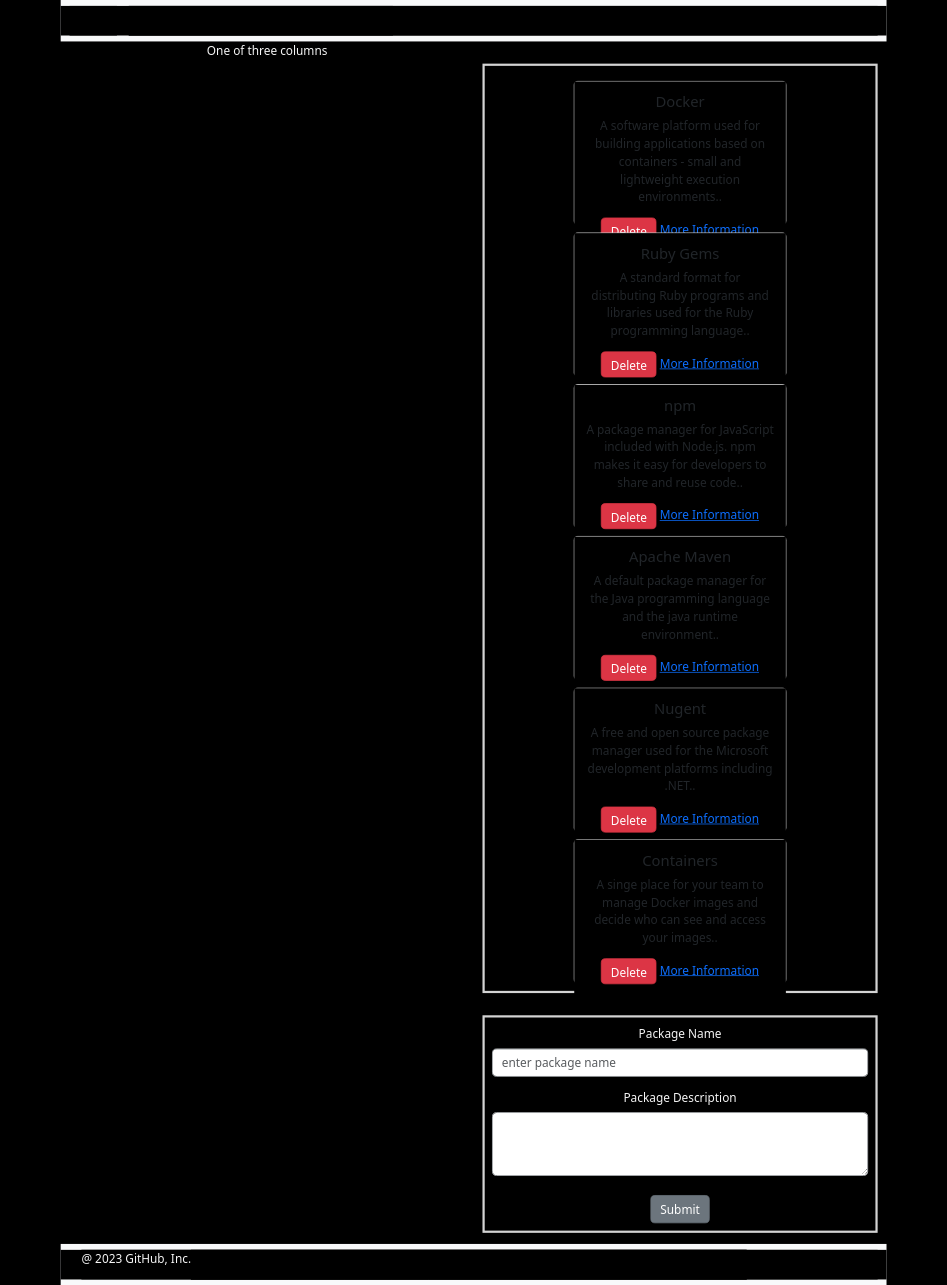
Repository: nss-evening-cohort-E23/gitsub-pull-request-posse
Page: packages.html
The author's editor kept a copy of each file at every save. The page is drawn from the files as they stood at one save, then again after a run of saves.
The browser window is 1280 px wide. The pictures show the whole page, at 74% of full size.

Above is the page before, as saved 2023-05-09 19:50:41.

### packages.html
<!DOCTYPE html>
<html lang="en">
<head>
  <meta charset="UTF-8">
  <meta http-equiv="X-UA-Compatible" content="IE=edge">
  <meta name="viewport" content="width=device-width, initial-scale=1.0">
  <link href="https://cdn.jsdelivr.net/npm/bootstrap@5.3.0-alpha3/dist/css/bootstrap.min.css" rel="stylesheet" integrity="sha384-KK94CHFLLe+nY2dmCWGMq91rCGa5gtU4mk92HdvYe+M/SXH301p5ILy+dN9+nJOZ" crossorigin="anonymous">
  <link rel="stylesheet" href="packages.css">
  <title>Packages</title>
</head>
<body>
  <div class="container" id="master">
    <div id="navigate">
      <nav class="navbar navbar-expand-lg bg-body-tertiary">
        <div class="container-fluid">
          <a class="navbar-brand" href="#">Github</a>
          <button class="navbar-toggler" type="button" data-bs-toggle="collapse" data-bs-target="#navbarNavAltMarkup" aria-controls="navbarNavAltMarkup" aria-expanded="false" aria-label="Toggle navigation">
            <span class="navbar-toggler-icon"></span>
          </button>
          <div class="collapse navbar-collapse" id="navbarNavAltMarkup">
            <div class="navbar-nav">
              <a class="nav-link active" aria-current="page" href="#">Overview</a>
              <a class="nav-link" href="#">Repositories</a>
              <a class="nav-link" href="#">Projects</a>
              <a class="nav-link" href="#">Packages</a>
            </div>
          </div>
        </div>
      </nav>
    </div>
   <div class="container text-center">
    <div class="row align-items-start">
    <!-- 2 columns | first column for static bio -->
    <div class="col" id="bio">
      One of three columns

    </div>
    <div class="col">
      <!-- <h2><b><u>Packages</u></b></h2> -->
      <div id="packages"></div>
      <form class="form">
      <div id="newPackage">
      <div class="mb-3">
        <label for="exampleFormControlInput1" class="form-label">Package Name</label>
        <input type="text" class="form-control" id="name" placeholder="enter package name">
      </div>
      <div class="mb-3">
        <label for="exampleFormControlTextarea1" class="form-label">Package Description</label>
        <textarea class="form-control" id="description" rows="3"></textarea>
      </div>
      <button type="submit" class="btn btn-secondary" id="submit">Submit</button>
    </div>
  </form>
  </div>
  </div>
</div>
<!-- Footer -->

<div class="footer">
<nav class="navbar navbar-expand-lg bg-body-tertiary">
  <div class="container-fluid">
    <a class="navbar-brand" href="#"></a>
    <button class="navbar-toggler" type="button" data-bs-toggle="collapse" data-bs-target="#navbarNav" aria-controls="navbarNav" aria-expanded="false" aria-label="Toggle navigation">
      <span class="navbar-toggler-icon"></span>
    </button>
    <div class="collapse navbar-collapse" id="footer">
      <p>@ 2023 GitHub, Inc.</p>
      <div id="ftr-links">
      <ul class="navbar-nav">
        <li class="nav-item">
          <a class="nav-link active" aria-current="page" href="#">Terms</a>
        </li>
        <li class="nav-item">
          <a class="nav-link" href="#">Privacy</a>
        </li>
        <li class="nav-item">
          <a class="nav-link" href="#">Security</a>
        </li>
        <li class="nav-item">
          <a class="nav-link" href="#">Status</a>
        </li>
        <li class="nav-item">
          <a class="nav-link" href="#">Help</a>
        </li>
      </ul>

      <ul class="navbar-nav">
        <li class="nav-item">
          <a class="nav-link" href="#">Contact GitHub</a>
        </li>
        <li class="nav-item">
          <a class="nav-link" href="#">Pricing</a>
        </li>
        <li class="nav-item">
          <a class="nav-link" href="#">API</a>
        </li>
        <li class="nav-item">
          <a class="nav-link" href="#">Training</a>
        </li>
        <li class="nav-item">
          <a class="nav-link" href="#">Blog</a>
        </li>
        <li class="nav-item">
          <a class="nav-link" href="#">About</a>
        </li>
      </ul>
    </div>
  </div>
</nav>
</div>
</div>
</div>
</div>
  <script src="main.js"></script>
  <script src="https://cdn.jsdelivr.net/npm/bootstrap@5.3.0-alpha3/dist/js/bootstrap.bundle.min.js" integrity="sha384-ENjdO4Dr2bkBIFxQpeoTz1HIcje39Wm4jDKdf19U8gI4ddQ3GYNS7NTKfAdVQSZe" crossorigin="anonymous"></script>
</body>
</html>

### packages.css
* {
  background-color: black;
  color: smokewhite;
}
body {
  background-color: black;
  color: lightgray;
  flex: auto;
}

#master {
  display: flex;
  flex-direction: column;
  height: 100vh;
  background-color: black;
  color: whitesmoke;
}

#navigate {
  flex: none;


}

.footer {
  margin-top: auto;
  justify-content: space-around;

}

#ftr-links {
  display: flex;
  flex-direction: row;
  justify-content: space-between;

}

#packages {
  display: flex;
  flex-direction: row;
  flex-wrap: wrap;
  justify-content: space-around;
  margin: 0 auto;
  width: 100%;
  border: 3px solid lightgray;
  padding: 10px;
  margin-top: 30px;

}

.card {
 height: 195px;
 margin-top: 10px;
}

#newPackage {
  border: 3px solid lightgray;
  margin-top: 30px;
  margin-bottom: 15px;
  padding: 10px;
}

#submit {
  margin-top: 10px;
}

#delete {
  margin: auto;
  width: 75px;
  height: 35px;
}

#card-footer {
  margin-top: auto;
  justify-content: space-around;
}

### main.js

const renderToDom = (divId, htmltoRender) => {
  let targetedDiv = document.getElementById(divId);
  targetedDiv.innerHTML = htmltoRender;
};

const reposCardsOnDom = () => {
  let domString = "";
  domString += `

  `;
};

// packages array
const packages = [
  {
    id: 1,
    name: 'Docker',
    description: 'A software platform used for building applications based on containers - small and lightweight execution environments.',

  },

  {
    id: 2,
    name: 'Ruby Gems',
    description: 'A standard format for distributing Ruby programs and libraries used for the  Ruby programming language.',

  },

  {
    id: 3,
    name: 'npm',
    description: 'A package manager for JavaScript included with Node.js. npm makes it easy for developers to share and reuse code.',

  },

  {
    id: 4,
    name: 'Apache Maven',
    description: 'A default package manager for the Java programming language and the java runtime environment.',

  },

  {
    id: 5,
    name: 'Nugent',
    description: 'A free and open source package manager used for the Microsoft development platforms including .NET.',

  },

  {
    id: 6,
    name: 'Containers',
    description: 'A singe place for your team to manage Docker images and decide who can see and access your images.',
  },
]

// packages
const packagesOnDom = (array) => {
  let domString = "";

// package cards
for (const package of array) {
  domString += `<div class="card" style="width: 18rem;" id="pkgs">
  <div class="card-body">
    <h5 class="card-title">${package.name}</h5>
    <p class="card-text">${package.description}.</p>
   <div class="footer"><button class="btn btn-danger" id="delete">Delete</button>
    <a href="#" class="card-link">More Information</a>
    </div>
  </div>
</div>`
}
renderToDom("packages", domString);

}
packagesOnDom(packages);

const startApp = () => {
  packagesOnDom(packages);
}

const form = document.querySelector('.form');

const createNewPackage = (e) => {
  e.preventDefault();

  const newPackage = {
    id: packages.length + 1,
    name: document.querySelector('#name').value,
    description: document.querySelector('#description').value,
  }

  packages.push(newPackage);
  packagesOnDom(packages);
  form.reset();
}

form.addEventListener('submit', createNewPackage);

startApp();

After the next 2 saves:
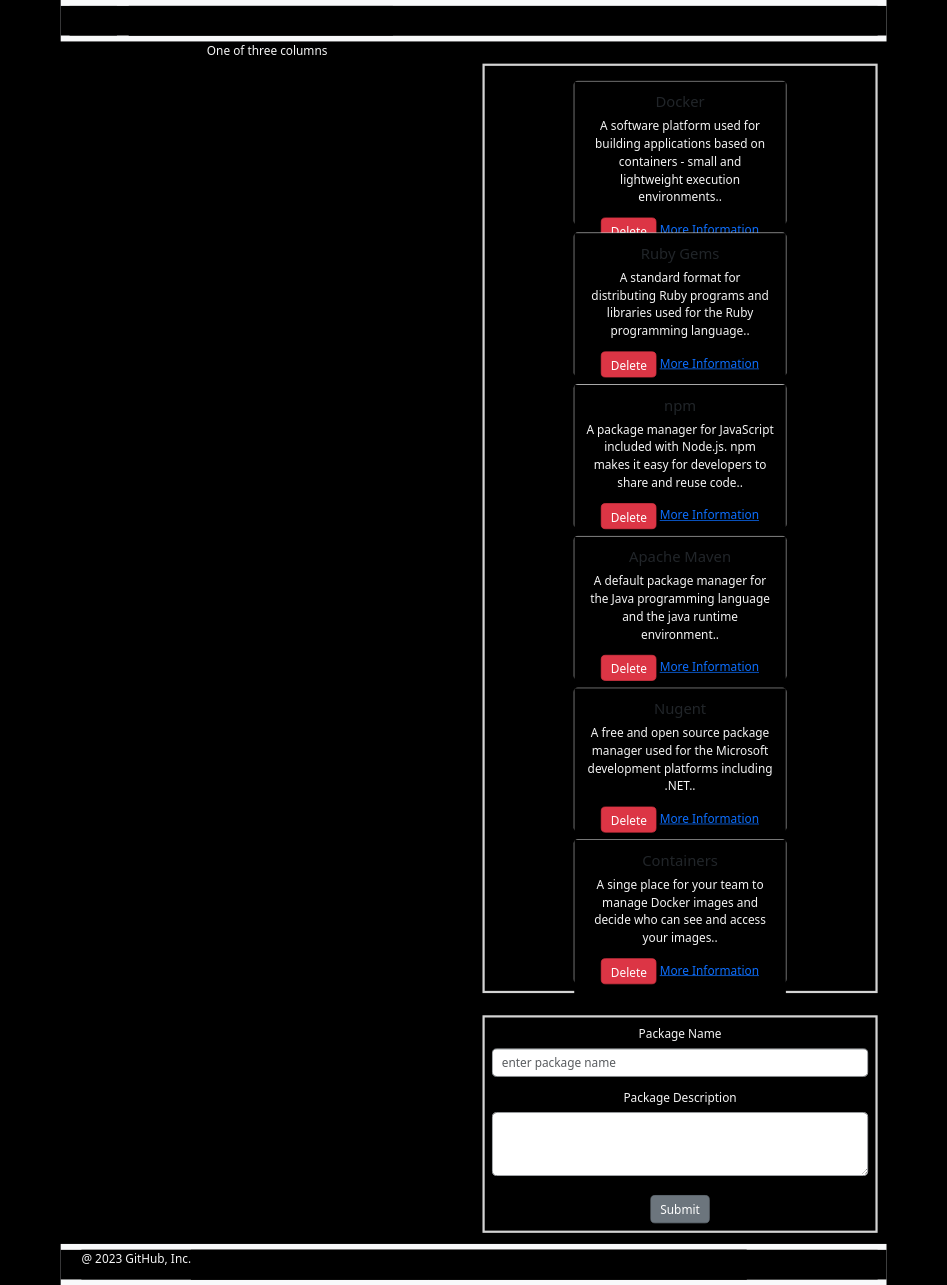
The 2 saves are shown as one change because they came seconds apart.
The last was saved 7 s later.
--- a/packages.css
+++ b/packages.css
@@ -1,6 +1,6 @@
 * {
   background-color: black;
-  color: smokewhite;
+  color: whitesmoke
 }
 body {
   background-color: black;
